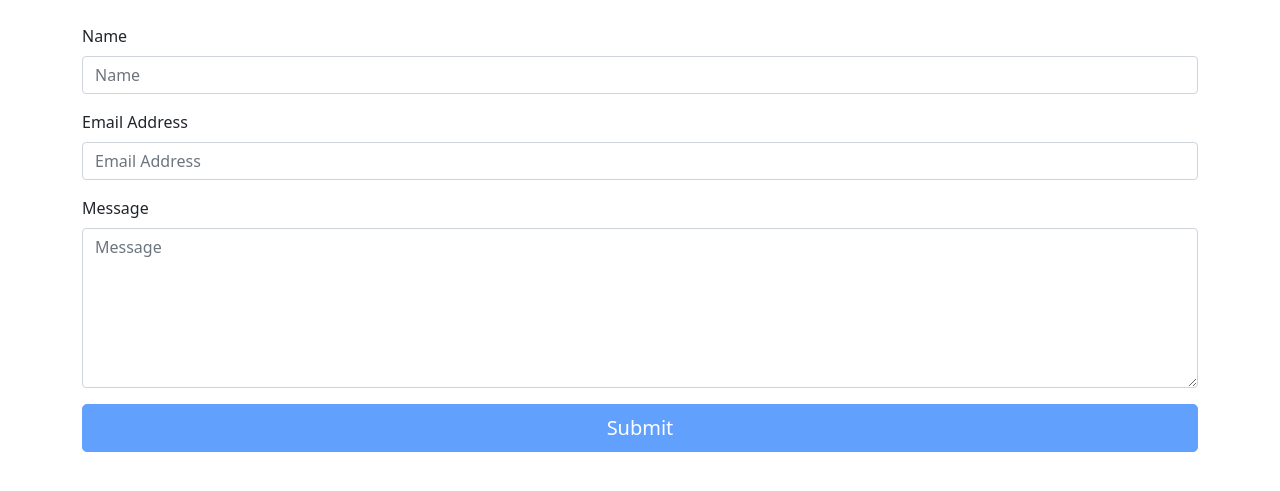
Repository: ahamie71/myfolio
Page: http://localhost/contact.php
The author's editor kept a copy of each file at every save. The page is drawn from the files as they stood at one save, then again after a run of saves.
The browser window is 1280 px wide. The pictures show the whole page.
The page is run by PHP 8.4 with error messages shown; the project is at /var/www/html/.

Above is the page before, as saved 2023-01-11 15:12:02.

After the next 5 saves:
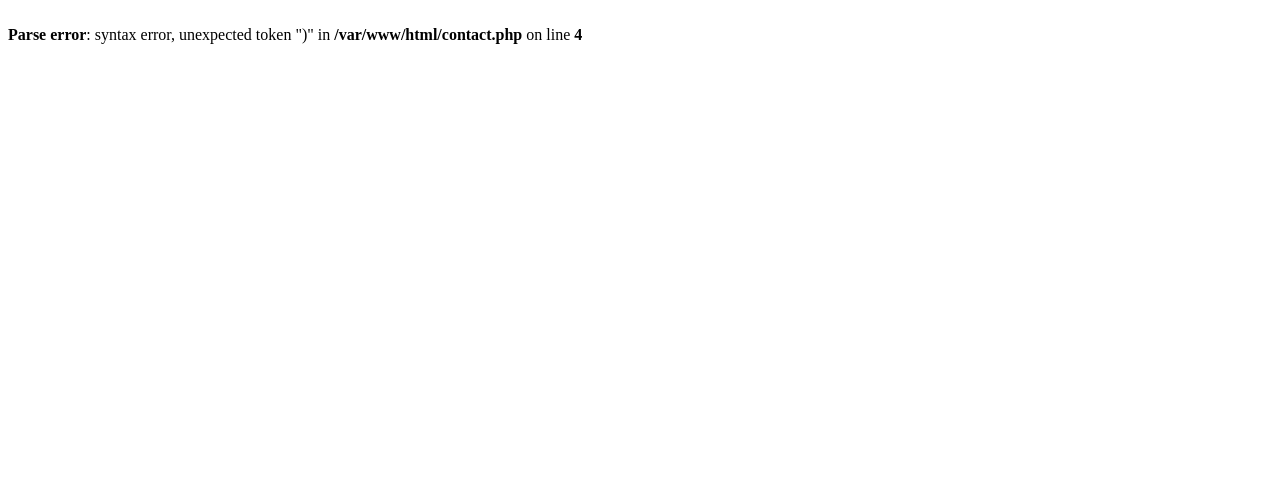
The 5 saves are shown as one change because they came seconds apart.
The last was saved 20 s later.
--- a/contact.php
+++ b/contact.php
@@ -1,5 +1,8 @@
 <?php
- if(isset($_POST['register']))
+ if(isset($_POST['register'])){
+
+    if(isset())
+ }
 
 
 ?>
